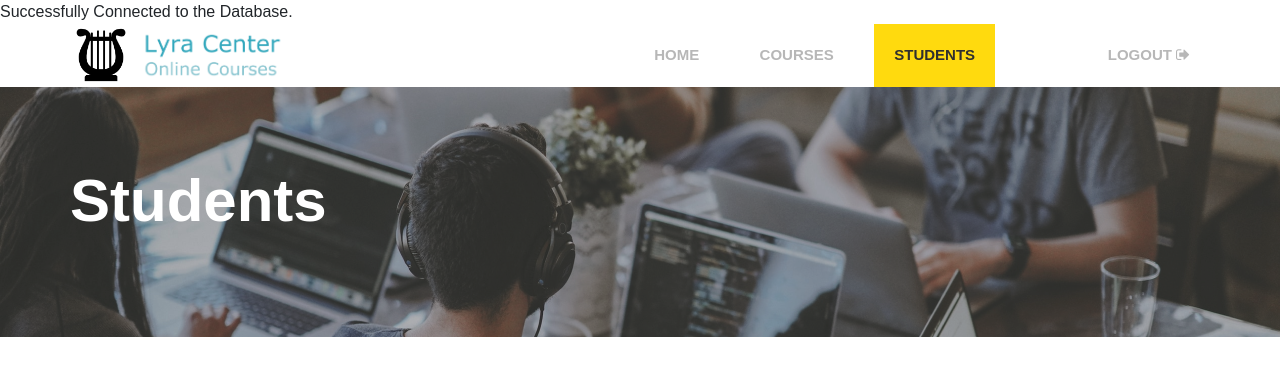
Repository: jersmaecrz/lyra-center
Page: http://localhost/aStudents.php
The author's editor kept a copy of each file at every save. The page is drawn from the files as they stood at one save, then again after the next save.
The browser window is 1280 px wide. The pictures show the whole page.
Some web fonts or font styles are not loaded; a fallback is used. The page is run by PHP 8.4 with error messages shown; the project is at /var/www/html/.

Above is the page before, as saved 2022-12-03 23:33:10.

After the next save:
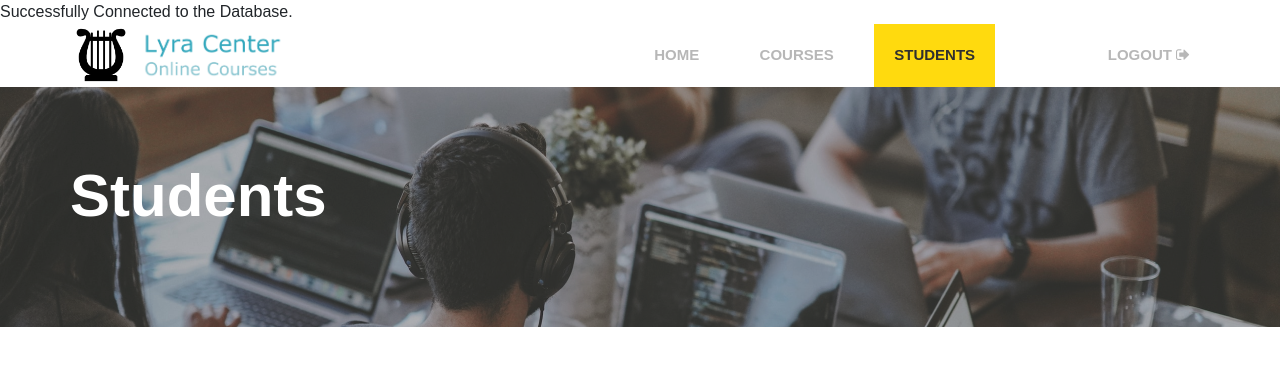
Saved 19 s later.
--- a/css/admin-home-style.css
+++ b/css/admin-home-style.css
@@ -49,7 +49,7 @@
 
 }
 .pg-breadcrumb {
-	height: 250px;
+	height: 240px;
 	display: -webkit-box;
 	display: -ms-flexbox;
 	display: flex;
